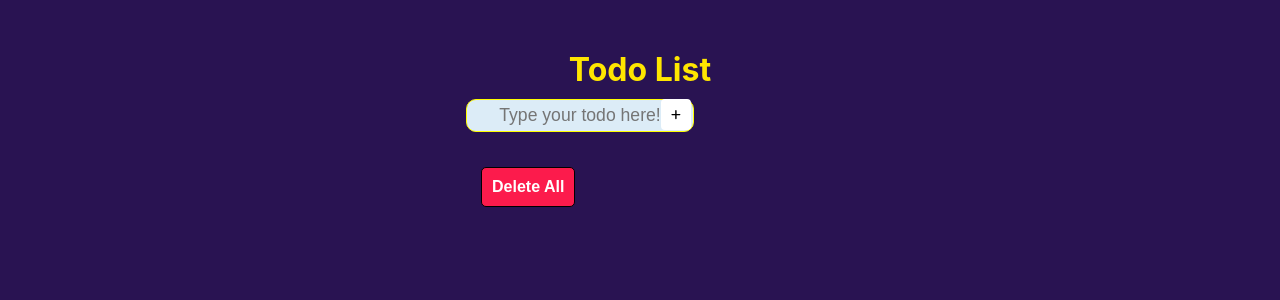
Repository: badhon252/todo-app
Page: /
The author's editor kept a copy of each file at every save. The page is drawn from the files as they stood at one save, then again after the next save.
The browser window is 1280 px wide. The pictures show the whole page.
The project was rebuilt for these pictures with package versions that can differ from the ones it lists, and the page was loaded fresh each time.

Above is the page before, as saved 2022-01-26 22:25:48.

After the next save:
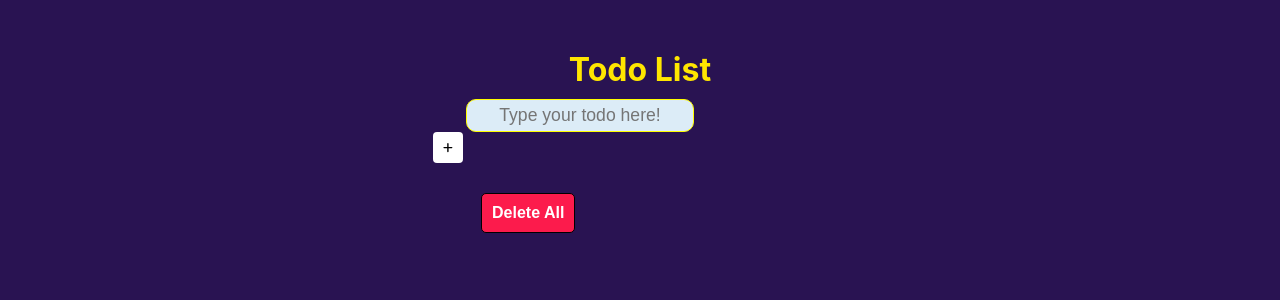
Saved 91 s later.
--- a/src/components/Todo.js
+++ b/src/components/Todo.js
@@ -79,19 +79,21 @@ const Todo = () => {
           value={inputItems}
           onChange={(e) => setInputItems(e.target.value)}
         />
-        {toggleButton ? (
-          <FontAwesomeIcon
-            icon={faEdit}
-            className="add-btn edit"
-            onClick={addItems}
-          />
-        ) : (
-          <FontAwesomeIcon
-            icon={faPlus}
-            className="add-btn"
-            onClick={addItems}
-          />
-        )}
+        <div className="icons">
+          {toggleButton ? (
+            <FontAwesomeIcon
+              icon={faEdit}
+              className="add-btn edit"
+              onClick={addItems}
+            />
+          ) : (
+            <FontAwesomeIcon
+              icon={faPlus}
+              className="add-btn"
+              onClick={addItems}
+            />
+          )}
+        </div>
 
         {/* <button type="submit" className="add-btn" onClick={addItems}>
           Add
